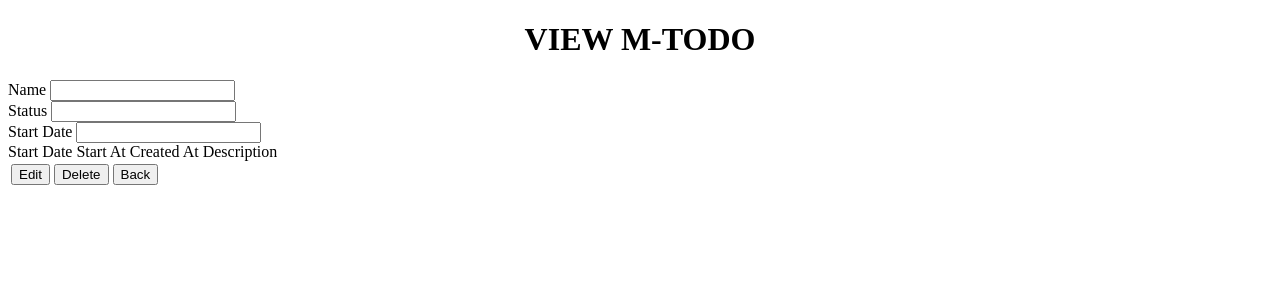
Repository: BossBlossom/springmvcse
Page: http://localhost/m-todo/WEB-INF/view/view.jsp
The author's editor kept a copy of each file at every save. The page is drawn from the files as they stood at one save, then again after the next save.
The browser window is 1280 px wide. The pictures show the whole page.
The page is served by Tomcat 9. Nobody is signed in. Other server files are loaded and not shown. The template is opened directly, without the code that normally fills it, so the values that code supplies are empty.

Above is the page before, as saved 2018-09-17 09:13:10.

### shigotonikki/m-todo/src/main/webapp/WEB-INF/view/view.jsp
<%@ page language="java" contentType="text/html; charset=UTF-8"
    pageEncoding="UTF-8" isELIgnored="false"%>
<%@ taglib prefix="spring" uri="http://www.springframework.org/tags" %>
<%@ taglib prefix="form" uri="http://www.springframework.org/tags/form" %>
<%@ taglib prefix="c" uri="http://java.sun.com/jsp/jstl/core" %>
<!DOCTYPE html>
<html>
<head>
<link rel="stylesheet" href="<spring:url value='/resources/css/app.css'/>">
<meta http-equiv="Content-Type" content="text/html"; charset="UTF-8">
</head>
<body>
<h1><center>VIEW M-TODO</center></h1>
	<div class="input-group">
		<label>Name</label>
		<form:input path="name" readonly="true" />
	</div>
	<div class="input-group">
		<label>Status</label>
		<form:input path="status" readonly="true" />
	</div>
	<div class="input-group">
		<label>Start Date</label>
		<form:input path="startDate" readonly="true" />
	</div>
		<label>Start Date</label>
		<label>Start At</label>
		<label>Created At</label>
		<label>Description</label>
<table>
	<th><form action="Controller_M_Todo" method="get"><a href='<spring:url value="/home/update?action=edit&idTodo=${m_todo.idTodo }" />'><button type="button">Edit</button></a></form></th>
	<th><form action="Controller_M_Todo" method="get"><a href='<spring:url value="/home/update?action=delete&idTodo=${m_todo.idTodo }" />'><button type="button">Delete</button></a></form></th>
	<th><button type="button" href='<spring:url value="/home" />'">Back</button></th>
</table>
</body>
</html>

### shigotonikki/m-todo/src/main/webapp/resources/css/app.css
.error {
	color: red;
}
.blue{
	color: blue;
}
.New {
	background: #F08080;
}

.Done {
	background: #D3D3D3;
}

.In-Progress {
	background: #ADD8E6;
}

.Canceled {
	background: #FFFF66;
}

table.tbl-border {
	border-spacing: 0;
	border-collapse: collapse;
	width: 100%;
}

table.tbl-border tbody {
	border-collapse: collapse;
    border: 1px solid black;
}

table.tbl-border th, td {
	margin: 0; padding : 5px;
	text-align: left;
	padding: 5px;
}

After the next save:
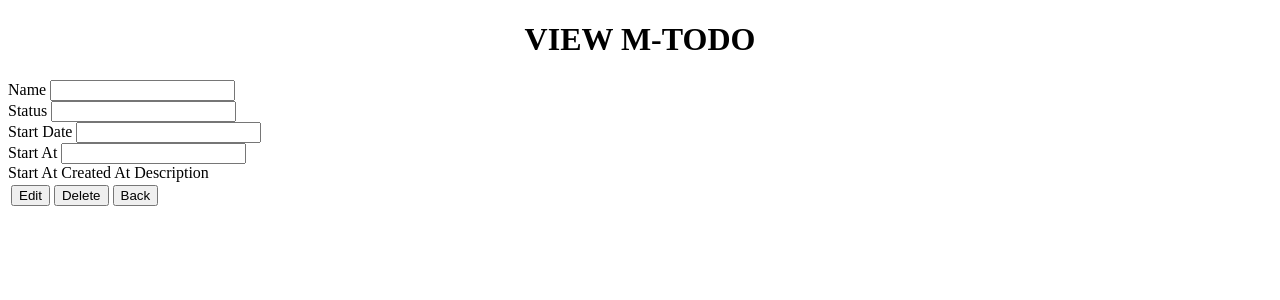
Saved 16 s later.
--- a/shigotonikki/m-todo/src/main/webapp/WEB-INF/view/view.jsp
+++ b/shigotonikki/m-todo/src/main/webapp/WEB-INF/view/view.jsp
@@ -23,7 +23,10 @@
 		<label>Start Date</label>
 		<form:input path="startDate" readonly="true" />
 	</div>
-		<label>Start Date</label>
+	<div class="input-group">
+		<label>Start At</label>
+		<form:input path="startAt" readonly="true" />
+	</div>
 		<label>Start At</label>
 		<label>Created At</label>
 		<label>Description</label>
